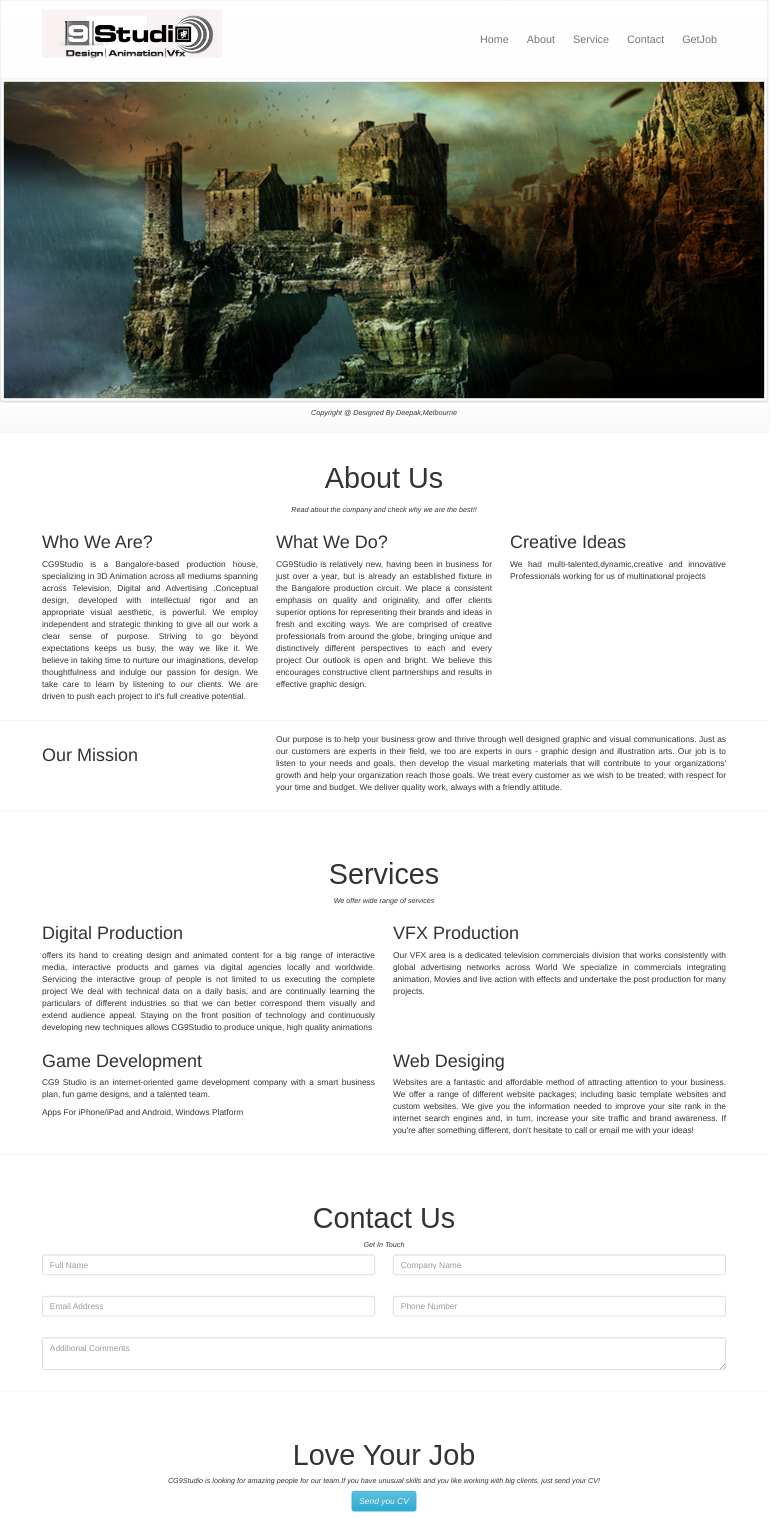
Repository: deepak6sp/BootstrapTheme1
Page: 9studio/WebContent/index.html
The author's editor kept a copy of each file at every save. The page is drawn from the files as they stood at one save, then again after the next save.
The browser window is 1280 px wide. The page is 1295 px wide, so the pictures cover 1295 px, including what lies to the right of the window. The pictures show the whole page, at 60% of full size.
Some web libraries are served in a nearby version.

Above is the page before, as saved 2014-07-23 13:54:28.

### 9studio/WebContent/index.html
<!DOCTYPE html>
<html>
<head>
<meta charset="ISO-8859-1">
<title>Welcome To 9Studio</title>
<link rel="stylesheet" type="text/css" href="css/style.css">
<link rel="stylesheet" type="text/css" href="css/bootstrap.min.css">
<link rel="stylesheet" type="text/css" href="css/bootstrap-theme.min.css">
</head>
<body>
	<header class="navbar navbar-default">
		<div class="container">
			<div class="navbar-header">
				<a class="navbar-brand" href="#" title="9studio"><img src="images/logo.jpg"></a>
				<button class="navbar-toggle" data-toggle="collapse" data-target="#navheaderCollapse">
					<span class="icon-bar"></span>
			        <span class="icon-bar"></span>
			        <span class="icon-bar"></span>
	      		</button>
	      	</div>
	      	<br></br>
      		<div class="collapse navbar-collapse navbar-collapse-top" id="navheaderCollapse">
				<ul class="nav navbar-nav  navbar-right" >
					<li><a href="#">Home</a></li>
					<li><a href="#about-us">About</a></li>
					<li><a href="#service">Service</a></li>
					<li><a href="#contact">Contact</a></li>
					<li><a href="#getjob">GetJob</a></li>
				</ul>
			</div>
		</div>
		<br></br>
		<img src="images/home1.jpg" class="img-thumbnail">
	</header>
	<hr><br></br>
		<section id="about-us">
			<div class="container">
				<div class="row text-center"><h1>About Us</h1></div>
				<div class="row text-center"><h6>Read about the company and check why we are the best!!</h6></div>
			</div>
			<div class="container">
				<div class="row">
					<div class="col-md-4">
						<h2>Who We Are?</h2>
						<p class="text-justify">CG9Studio is a Bangalore-based production house, specializing in 3D Animation across all mediums spanning across Television,
						Digital and Advertising .Conceptual design, developed with intellectual rigor and an appropriate visual aesthetic, is powerful.
						We employ independent and strategic thinking to give all our work a clear sense of purpose. Striving to go beyond expectations
						keeps us busy, the way we like it. We believe in taking time to nurture our imaginations, develop thoughtfulness and indulge our
						passion for design. We take care to learn by listening to our clients. We are driven to push each project to it's full creative
						potential.</p>
					</div>
					<div class="col-md-4">
						<h2>What We Do?</h2>
						<p class="text-justify">CG9Studio is relatively new, having been in business for just over a year, but is already an established fixture in the Bangalore
						production circuit. We place a consistent emphasis on quality and originality, and offer clients superior options for representing
						their brands and ideas in fresh and exciting ways. We are comprised of creative professionals from around the globe, bringing unique
						and distinctively different perspectives to each and every project Our outlook is open and bright. We believe this encourages
						constructive client partnerships and results in effective graphic design.</p>
					</div>
					<div class="col-md-4">
						<h2>Creative Ideas</h2>
						<p class="text-justify"> We had multi-talented,dynamic,creative and innovative Professionals working for us of multinational projects</p>
					</div>
				</div>
			</div>
			<hr>
			<div class="container">
				<div class="row">
					<div class="col-md-4">
						<h2>Our Mission</h2>
					</div>
					<div class="col-md-8">
						<p class="text-justify">Our purpose is to help your business grow and thrive through well designed graphic and visual communications. Just as our
						customers are experts in their field, we too are experts in ours - graphic design and illustration arts. Our job is to listen
						to your needs and goals, then develop the visual marketing materials that will contribute to your organizations' growth and help
						your organization reach those goals. We treat every customer as we wish to be treated; with respect for your time and budget. We
						deliver quality work, always with a friendly attitude.
					</div>
				</div>
			</div>
		</section>

	<hr><br></br>
		<section id="service">
			<div class="container">
				<h1 class="row text-center">Services</h1>
				<h6 class="row text-center">We offer wide range of services</h6>
			</div>
			<div class="container">
				<div class="row">
					<div class="col-md-6">
						<h2>Digital Production</h2>
						<p class="text-justify"> offers its hand to creating design and animated content for a big range of interactive media, interactive products and games
						via digital agencies locally and worldwide.  Servicing the interactive group of people is not limited to us executing the complete
						project We deal with technical data on a daily basis, and are continually learning the particulars of different industries so that
						we can better correspond them visually and extend audience appeal. Staying on the front position of technology and continuously
						developing new techniques allows CG9Studio to produce unique, high quality animations</p>
					</div>
					<div class="col-md-6">
						<h2>VFX Production</h2>
						<p class="text-justify">Our VFX area is a dedicated television commercials division that works consistently with global advertising networks across
						World We specialize in commercials integrating animation, Movies and live action with effects and undertake the post production for
						many projects.</p>
					</div>
				</div>
			</div>
			<div class="container">
				<div class="row">
					<div class="col-md-6">
						<h2>Game Development</h2>
						<p class="text-justify">CG9 Studio is  an internet-oriented game development company with a smart business plan, fun  game designs, and a talented team.</P>
						<p class="text-justify">Apps For  iPhone/iPad and Android, Windows Platform</p>
					</div>
					<div class="col-md-6">
						<h2>Web Desiging</h2>
						<p class="text-justify">Websites are a fantastic and affordable method of  attracting attention to your business. We offer a range of different website
						packages; including basic template websites and custom websites. We give you the  information needed to improve your site rank in the
						internet search engines  and, in turn, increase your site traffic and brand awareness.  If you're  after something different, don't
						hesitate to call or email me with your ideas!</p>
					</div>
				</div>
			</div>
		</section>

	<hr><br></br>
		<section id="contact">
			<div class="container">
				<h1 class="row text-center">Contact Us</h1>
				<h6 class="row text-center">Get In Touch</h6>
			</div>
			<div class="container">
				<form class="row">
					<div class="col-md-6">
						<div class="form-group">
							<input type="text" class="form-control" placeholder="Full Name"/>
						</div>
						<br />
						<div class="form-group">
							<input type="email" class="form-control" placeholder="Email Address">
						</div>
						<br />
					</div>
					<div class="col-md-6">
						<div class="form-group">
							<input type="text" class="form-control" placeholder="Company Name">
						</div>
						<br />
						<div class="form-group">
							<input type="number" class="form-control" placeholder="Phone Number">
						</div>
						<br />
					</div>
					<div class="col-md-12">
						<div class="form-group">
							<textarea class="form-control" placeholder="Additional Comments"></textarea>
						</div>
					</div>
				</form>
			</div>
		</section>

	<hr><br></br>
		<section id="getjob">
			<div id="container">
				<div class="row text-center">
					<h1 >Love Your Job</h1>
					<h6 >CG9Studio is looking for amazing people for our team.If you have unusual skills and you like working with big clients, just send your CV!</h6>
					<h6 ><button type="button" class="btn btn-info">Send you CV</button></h6>
				</div>
			</div>
		</section>
		<footer class="navbar navbar-default navbar-fixed-bottom">
			<div class="container">
				<div class="row text-center">
					<h6> Copyright @ Designed By Deepak,Melbourne</h6>
				</div>
			</div>
		</footer>

	<script src="http://ajax.googleapis.com/ajax/libs/jquery/1.11.1/jquery.min.js"></script>
	<script src="js/bootstrap.min.js"></script>
	<script src="js/script.js"></script>
</body>
</html>

### 9studio/WebContent/css/style.css
@CHARSET "ISO-8859-1";

div h1{
	font-family:Arial,Helvetica,sans-serif;
	font-size:48px;
}

div h6{
	font-style:italic;
}

div ul li a{
	color:grey;
	font-size:18px;
}

div ul li a:hover{
	font-style:bold;
}

### 9studio/WebContent/js/script.js
$(document).ready(function(){
		$('a[href^="#"]').on('click',function (e) {
		    e.preventDefault();

		    var target = this.hash,
		    $target = $(target);

		    $('html, body').stop().animate({
		        'scrollTop': $target.offset().top
		    }, 900, 'swing', function () {
		        window.location.hash = target;
		    });
		});
	});

Loaded but not shown: 9studio/WebContent/css/bootstrap.min.css (library); 9studio/WebContent/css/bootstrap-theme.min.css (library); 9studio/WebContent/js/bootstrap.min.js (library)

After the next save:
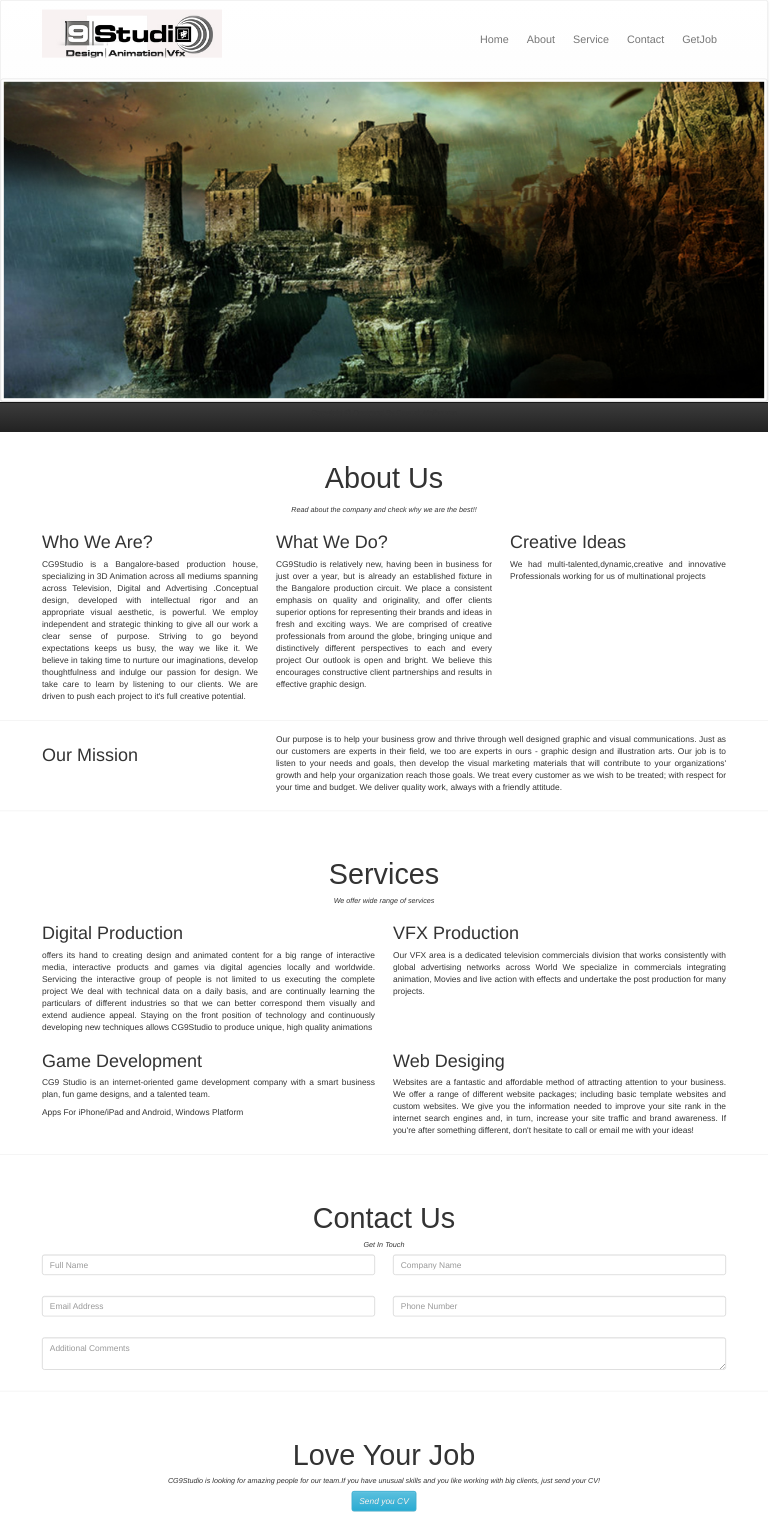
Saved 2 min 2 s later.
--- a/9studio/WebContent/index.html
+++ b/9studio/WebContent/index.html
@@ -169,7 +169,7 @@
 				</div>
 			</div>
 		</section>
-		<footer class="navbar navbar-default navbar-fixed-bottom">
+		<footer class="navbar navbar-inverse navbar-fixed-bottom">
 			<div class="container">
 				<div class="row text-center">
 					<h6> Copyright @ Designed By Deepak,Melbourne</h6>
